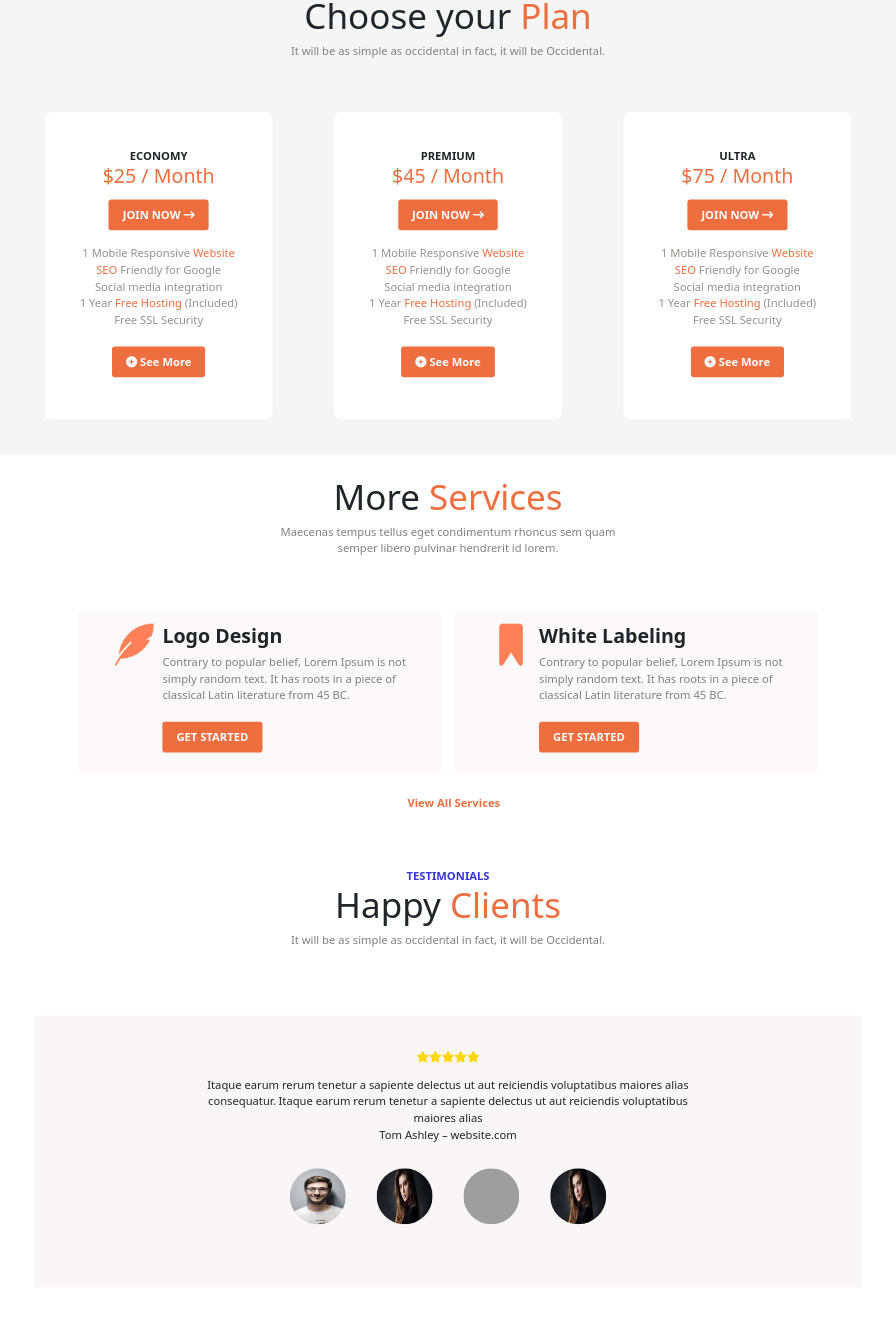
Repository: meherujjahan/Molti-website
Page: index.html
The author's editor kept a copy of each file at every save. The page is drawn from the files as they stood at one save, then again after the next save.
The browser window is 1280 px wide. The pictures show the part of the page from y = 4580 to 6500 px (the page is 6469 px tall before and 6572 px after), at 70% of full size.
Pictures or frames that could not be fetched are drawn as grey boxes. Some web libraries are served in a nearby version.

Above is the page before, as saved 2022-03-08 21:05:29.
Not found: {trastedclient}

After the next save:
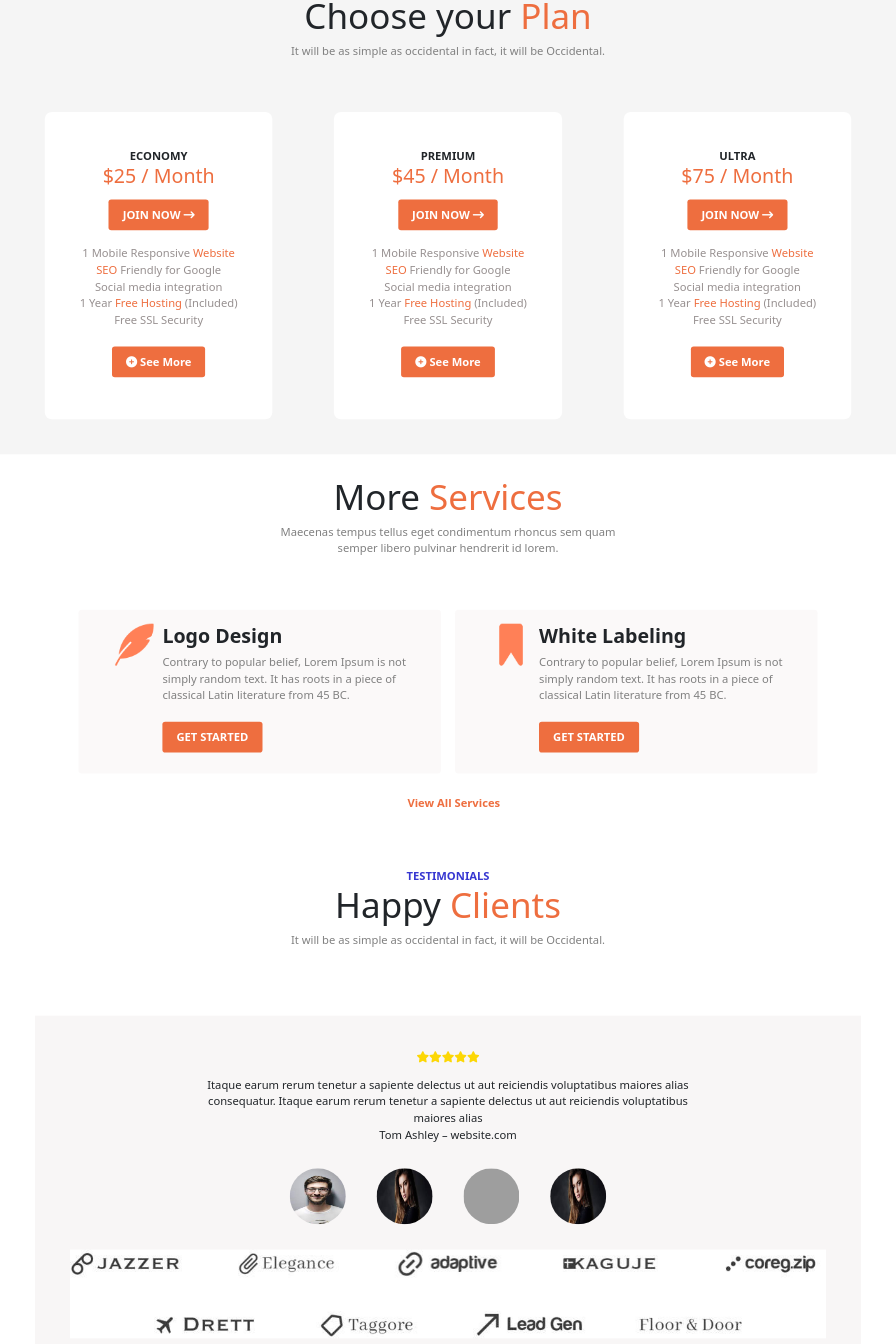
Saved 58 s later.
--- a/index.html
+++ b/index.html
@@ -673,7 +673,11 @@
               <p></p>
             </div>
             <div>
-              <img src="{trastedclient}" alt="" />
+              <img
+                class="trustedClient-img"
+                src="Image/trusted-clients (1).jpg"
+                alt=""
+              />
             </div>
           </div>
         </div>
